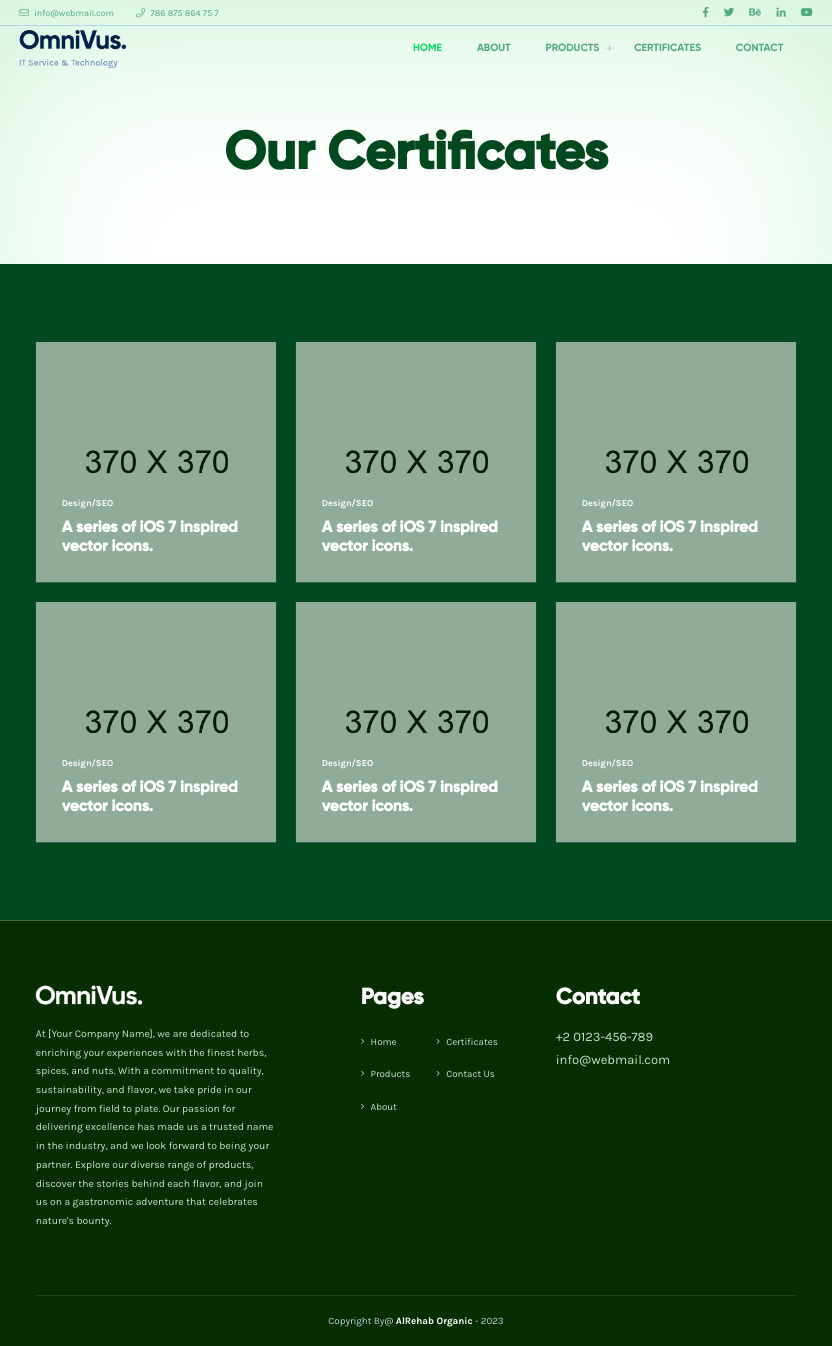
Repository: ziadmoh/alrehab-organic
Page: certificates.html
An editor plug-in stored every save of this project. The page is shown before and after the next save, followed by the edit.
The browser window is 1280 px wide. The pictures show the whole page, at 65% of full size.
The style sheet was rebuilt from its Sass, Less or Tailwind sources for each picture, by a compiler version that may differ from the author's.

Above is the page before, as saved 2023-09-26 15:47:30.

After the next save:
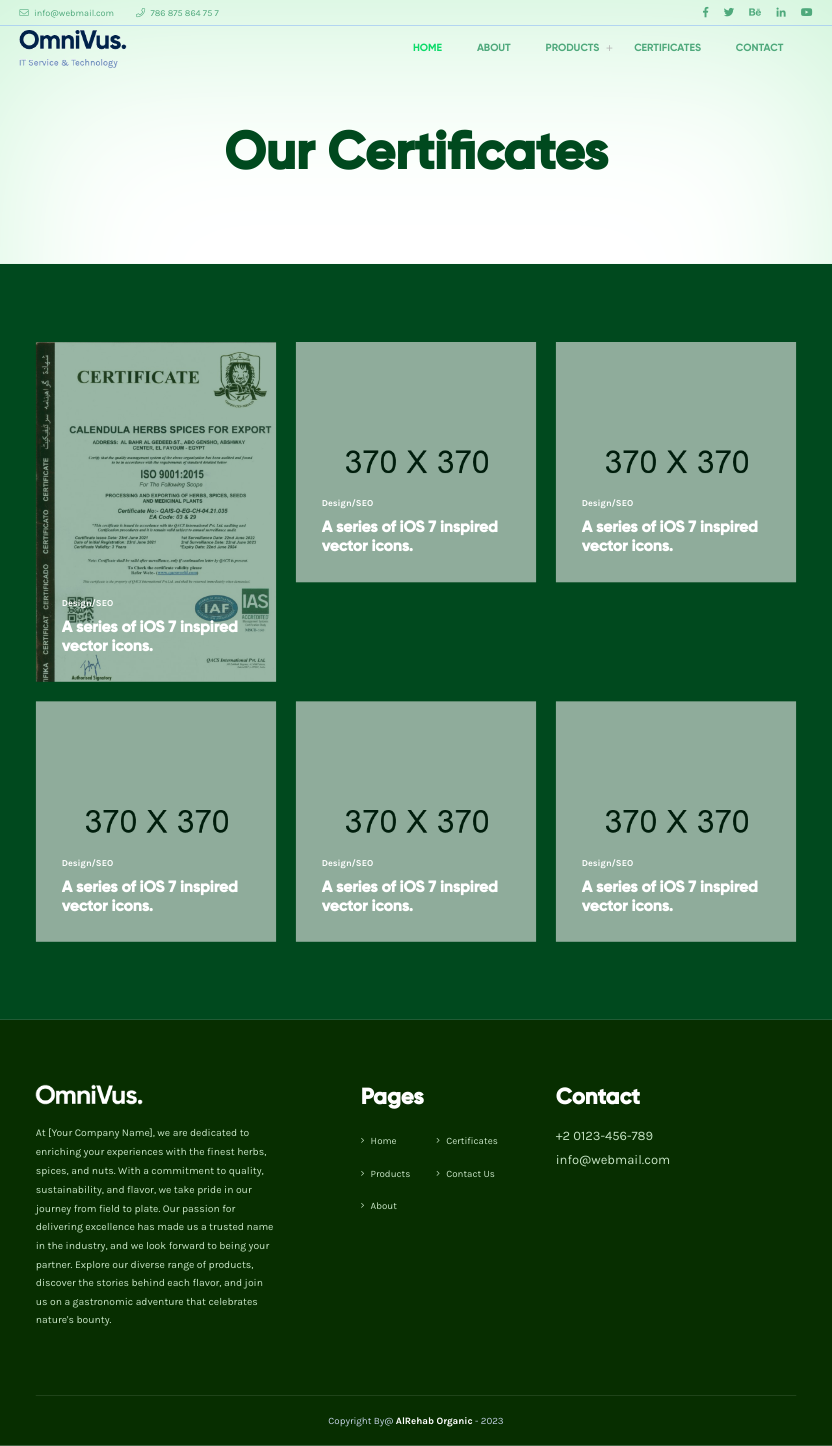
Saved 87 s later.
--- a/certificates.html
+++ b/certificates.html
@@ -126,7 +126,7 @@
             <div class="row justify-content-center">
                 <div class="col-lg-4 col-md-6 col-sm-8">
                     <div class="portfolio-item-three mt-30">
-                        <img src="assets/img/portfolio/case-01.jpg" alt="Image">
+                        <img src="assets/img/certificates/c1.jpeg" alt="Image">
                         <div class="post-content">
                             <span class="cat">Design/SEO</span>
                             <h5 class="title">
